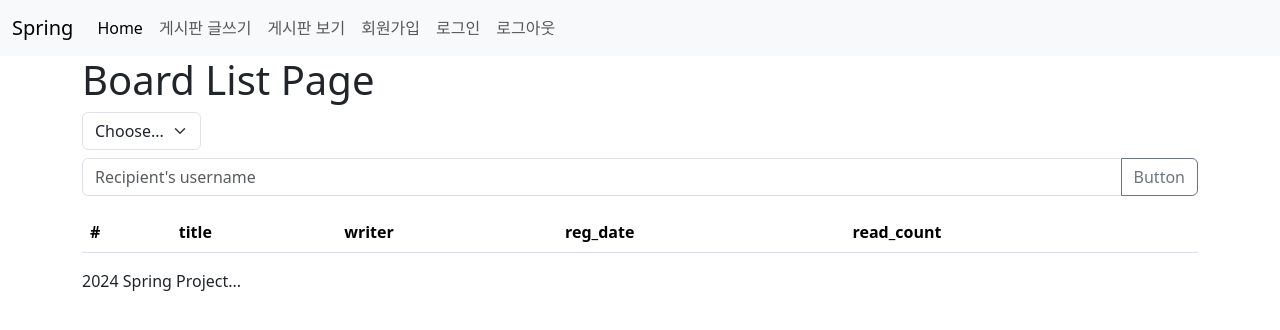
Repository: dhalfks/springTest240430
Page: http://localhost/spring_study/WEB-INF/views/board/list.jsp
An editor plug-in stored every save of this project. The page is shown before and after the next save, followed by the edit.
The browser window is 1280 px wide. The pictures show the whole page.
The page is served by Tomcat 9. Nobody is signed in. The template is opened directly, without the code that normally fills it, so the values that code supplies are empty.

Above is the page before, as saved 2024-04-24 08:12:11.

After the next save:
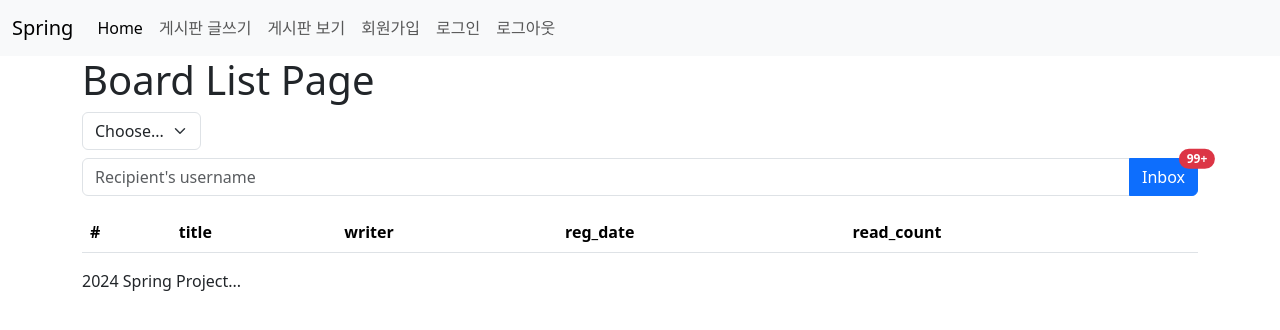
Saved 78 s later.
--- a/spring_study/src/main/webapp/WEB-INF/views/board/list.jsp
+++ b/spring_study/src/main/webapp/WEB-INF/views/board/list.jsp
@@ -18,7 +18,13 @@
 		  </div>
 		<div class="input-group mb-3">
 		  <input type="text" class="form-control" placeholder="Recipient's username" aria-label="Recipient's username" aria-describedby="button-addon2">
-		  <button class="btn btn-outline-secondary" type="button" id="button-addon2">Button</button>
+		  <button type="button" class="btn btn-primary position-relative">
+			  Inbox
+			  <span class="position-absolute top-0 start-100 translate-middle badge rounded-pill bg-danger">
+			    99+
+			    <span class="visually-hidden">unread messages</span>
+			  </span>
+			</button>
 		</div>
 	</form>
 
